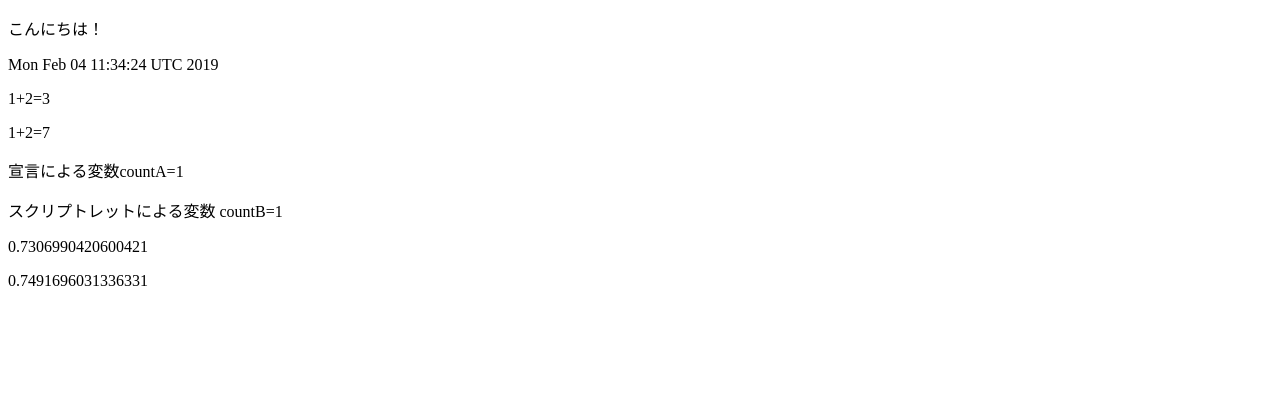
Repository: asian-sea/test
Page: http://localhost/HelloJSP/
An editor plug-in stored every save of this project. The page is shown before and after the next save, followed by the edit.
The browser window is 1280 px wide. The pictures show the whole page.
The page is served by Tomcat 9.

Above is the page before, as saved 2019-02-06 10:15:38.

### HelloJSP/WebContent/index.jsp
<%@ page language="java" contentType="text/html; charset=UTF-8"
    pageEncoding="UTF-8"%>
<!DOCTYPE html>
<html>
<head>
<meta charset="UTF-8">
<title>TEST</title>
</head>
<body>
<p>こんにちは！</p>
<% out.println(new java.util.Date()); %>

<%!
static int add(int a, int b){
	return a+b;
}
%>

<p>1+2=<%=add(1,2) %></p>
<p>1+2=<%=add(3,4) %>

<%! static int countA=0;%>
<%
int countB=0;
countA++;
countB++;
%>

<p>宣言による変数countA=<%=countA %></p>
<p>スクリプトレットによる変数 countB=<%=countB %></p>

<p><% out.println(Math.random()); %></p>
<p><%=Math.random() %></p>

</body>
</html>

After the next save:
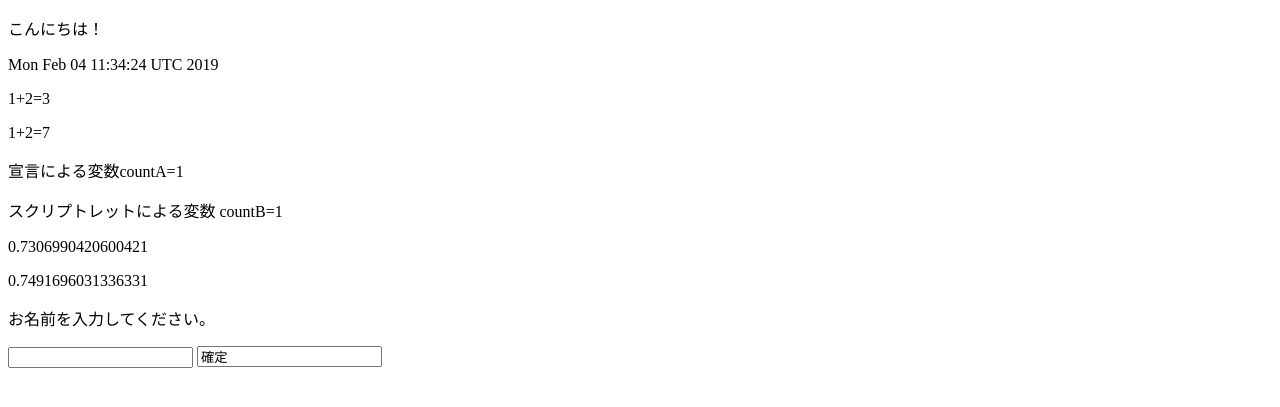
Saved 13 min 34 s later.
--- a/HelloJSP/WebContent/index.jsp
+++ b/HelloJSP/WebContent/index.jsp
@@ -32,5 +32,10 @@
 <p><% out.println(Math.random()); %></p>
 <p><%=Math.random() %></p>
 
+<p>お名前を入力してください。</p>
+<from method="post" action="greenting-out.jsp">
+<input type="text" name="user">
+<input type="sumit" value="確定">
+</from>
 </body>
 </html>
